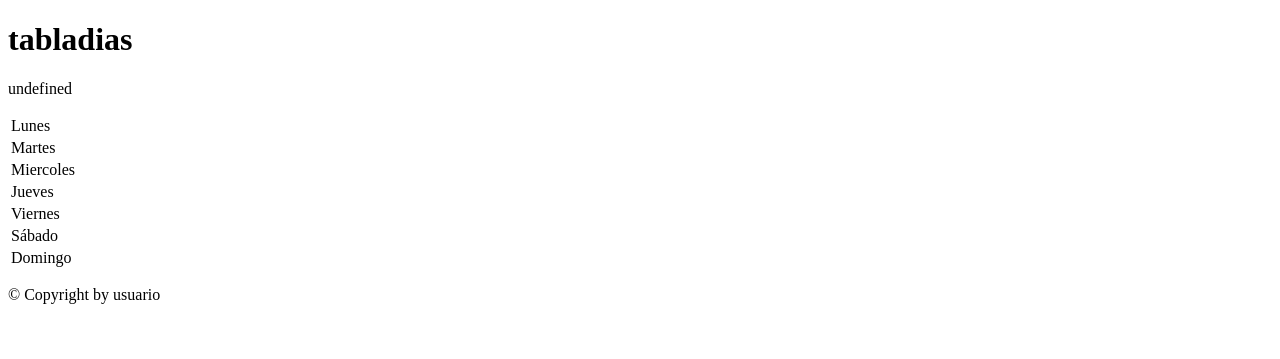
Repository: JMLobato/RolOnline
Page: Aptana Studio 3 Workspace/prueba/tabladias.html
The author's editor kept a copy of each file at every save. The page is drawn from the files as they stood at one save, then again after the next save.
The browser window is 1280 px wide. The pictures show the whole page.

Above is the page before, as saved 2016-12-05 12:00:07.

### Aptana Studio 3 Workspace/prueba/tabladias.html
<!DOCTYPE html>
<html lang="en">
	<head>
		<meta charset="utf-8">

		<!-- Always force latest IE rendering engine (even in intranet) & Chrome Frame
		Remove this if you use the .htaccess -->
		<meta http-equiv="X-UA-Compatible" content="IE=edge,chrome=1">

		<title>tabladias</title>
		<meta name="description" content="">
		<meta name="author" content="usuario">

		<meta name="viewport" content="width=device-width; initial-scale=1.0">

		<!-- Replace favicon.ico & apple-touch-icon.png in the root of your domain and delete these references -->
		<link rel="shortcut icon" href="/favicon.ico">
		<link rel="apple-touch-icon" href="/apple-touch-icon.png">
		<script type="text/javascript" src="prueba.js"></script>
	</head>

	<body>
		<div>
			<header>
				<h1>tabladias</h1>
			</header>
			<nav>
				<p id="yolo"></p>
				<script>
				document.getElementById("yolo").innerHTML=tabla();
				</script>
			</nav>

			<div>

			</div>

			<footer>
				<p>
					&copy; Copyright  by usuario
				</p>
			</footer>
		</div>
	</body>
</html>

### Aptana Studio 3 Workspace/prueba/prueba.js
/**
 * @author usuario
 */
function finde(N1){
if (isNaN(N1)){
	document.write( N1 + " no es un número" + "<br/>");
}
	else if ((N1>=1) && (N1<=7)) {

			if(N1>=6){document.write("Es fin de semana" + "<br/>");}

			else {document.write("No es fin de semana" + "<br/>");}
		}
		else {document.write("No es un número valido"+"<br/>");}
}

function diassemana(X){

	var dias=new Array(7);
	dias[0]="Lunes";
	dias[1]="Martes";
	dias[2]="Miercoles";
	dias[3]="Jueves";
	dias[4]="Viernes";
	dias[5]="Sábado";
	dias[6]="Domingo";

	if ((X>=1) && (X<=7)) {

			if(X>=6){document.write("Es fin de semana y el dia es "+ dias[X-1] + "<br/>");}

			else {document.write("Es entre de semana y el dia es "+ dias[X-1] + "<br/>");}
		}
	else {document.write("No es un número valido"+"<br/>");}
}
function diactual(){

	var dias=new Array(7);
	dias[0]="Lunes";
	dias[1]="Martes";
	dias[2]="Miercoles";
	dias[3]="Jueves";
	dias[4]="Viernes";
	dias[5]="Sábado";
	dias[6]="Domingo";
	var fecha=new Date();
	document.write("Hoy es "+dias[fecha.getDay()-1]);
}
function tabla(){

	var dias=new Array(7);
	dias[0]="Lunes";
	dias[1]="Martes";
	dias[2]="Miercoles";
	dias[3]="Jueves";
	dias[4]="Viernes";
	dias[5]="Sábado";
	dias[6]="Domingo";
	document.write("<table style=1>");
	for(var i=0;i<=6;i++){document.write("<tr><td>"+dias[i]+"</td></tr>");}
	document.write("</table>");
}

After the next save:
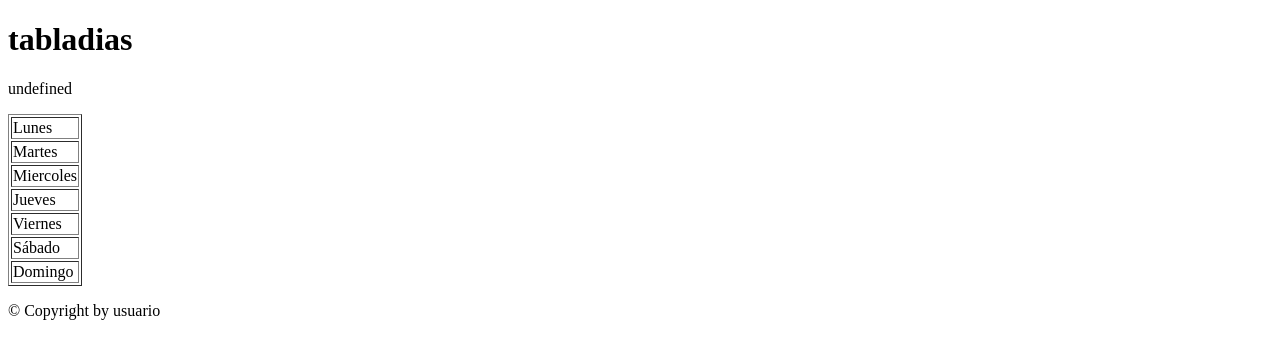
Saved 18 s later.
--- a/Aptana Studio 3 Workspace/prueba/prueba.js
+++ b/Aptana Studio 3 Workspace/prueba/prueba.js
@@ -56,7 +56,7 @@ function tabla(){
 	dias[4]="Viernes";
 	dias[5]="Sábado";
 	dias[6]="Domingo";
-	document.write("<table style=1>");
+	document.write("<table border=1>");
 	for(var i=0;i<=6;i++){document.write("<tr><td>"+dias[i]+"</td></tr>");}
 	document.write("</table>");
 }
